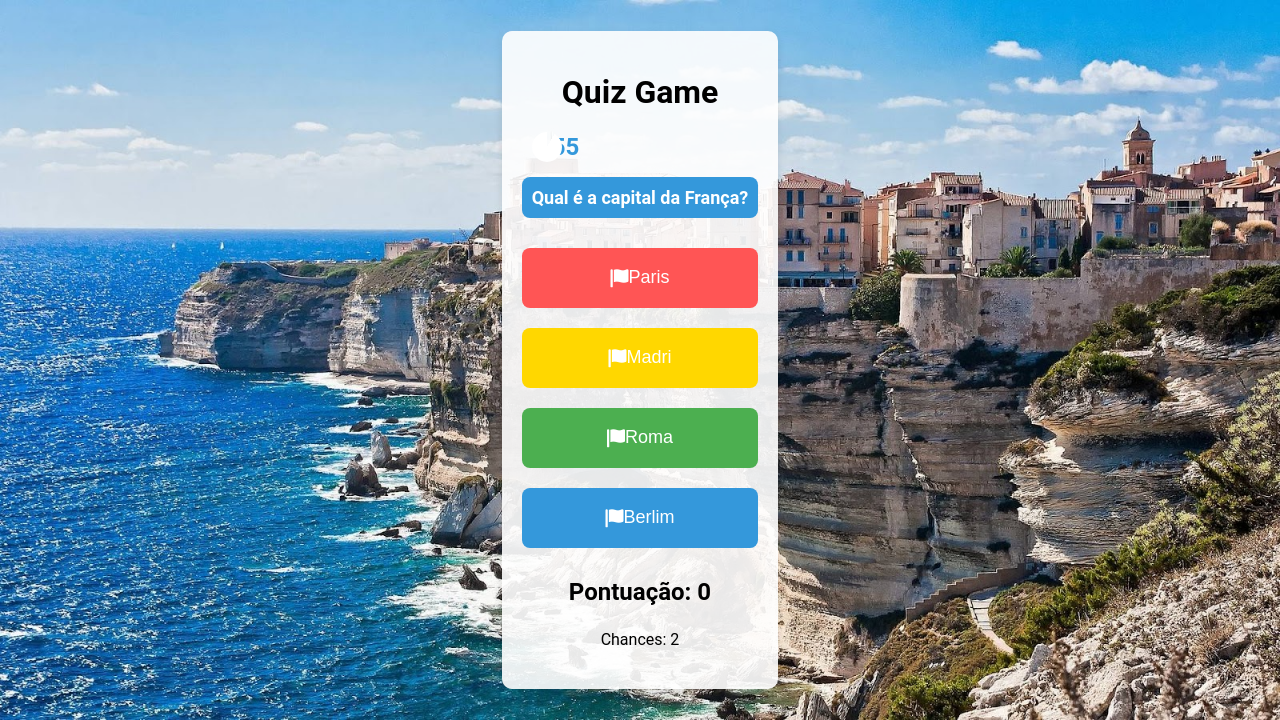
Repository: Matheus904-12/Quizz
Page: index.html
These files come from the project's save history. The page is drawn as it stood at one moment and after the next save; the edit follows.
The browser window is 1280 px wide. The pictures show the whole page.

Above is the page before, as saved 2023-08-21 19:36:39.

After the next save:
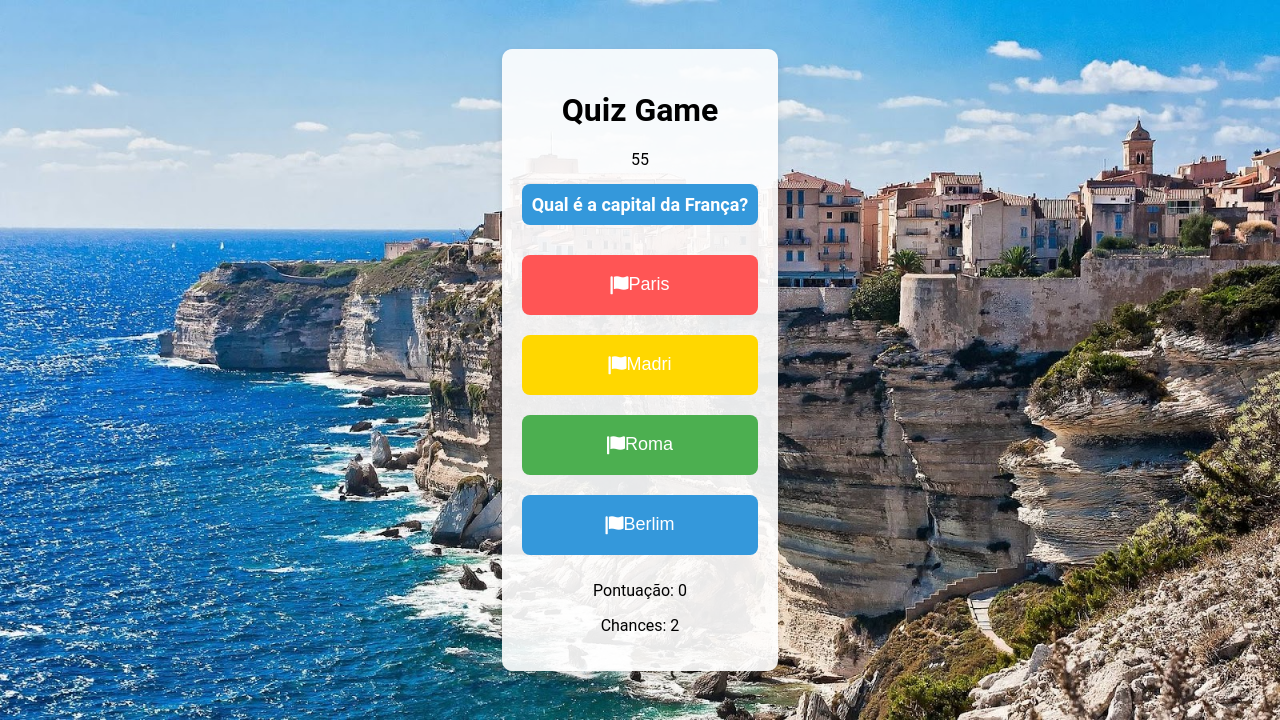
Saved 3 min 23 s later.
--- a/style.css
+++ b/style.css
@@ -12,7 +12,7 @@ body {
 }
 
 .quiz-container {
-    max-width: 600px;
+    max-width: 400px; /* Reduzindo a largura da caixa de pergunta */
     padding: 20px;
     background-color: rgba(255, 255, 255, 0.9);
     border-radius: 10px;
@@ -21,16 +21,16 @@ body {
 }
 
 .question {
-    font-size: 18px; /* Reduzindo o tamanho da fonte */
+    font-size: 18px;
     margin-bottom: 20px;
-    padding: 10px; /* Diminuindo o tamanho da caixa de pergunta */
+    padding: 10px;
     border-radius: 8px;
-    background-color: #3498DB; /* Cor de fundo para caixas de pergunta */
-    color: #fff; /* Cor do texto para caixas de pergunta */
+    background-color: #3498DB;
+    color: #fff;
 }
 
 .options-container {
-    display: flex;
+    display: flex; /* Display flex para alinhar os botões lado a lado */
     flex-direction: column;
     align-items: center;
 }
@@ -40,7 +40,7 @@ body {
     align-items: center;
     justify-content: center;
     width: 100%;
-    height: 60px; /* Reduzindo a altura dos botões das alternativas */
+    height: 60px;
     margin: 10px 0;
     cursor: pointer;
     border-radius: 8px;
@@ -49,40 +49,3 @@ body {
     color: #fff;
     border: none;
 }
-
-/* Estilize a barra de progresso e o relógio */
-.timer-circle {
-    width: 30px;
-    height: 30px;
-    background: conic-gradient(transparent 0deg, #3498DB 0deg); /* Cor azul para a bolinha */
-    border-radius: 50%;
-    position: relative;
-    left: 10px; /* Posição ajustada para o relógio ao lado da bolinha */
-    transform-origin: center;
-    transition: background-color 0.3s; /* Transição de cor para o relógio */
-}
-
-/* Estilos para pontuação e chances */
-.score {
-    font-size: 24px;
-    font-weight: bold;
-    margin-top: 20px;
-}
-
-/* Estilos para o resultado */
-#result {
-    font-size: 18px;
-    margin-top: 20px;
-    color: #FF5555;
-}
-
-/* Estilos para o temporizador */
-.timer {
-    display: flex;
-    align-items: center;
-    margin-top: 20px;
-    position: relative;
-    font-size: 24px;
-    font-weight: bold;
-    color: #3498DB; /* Cor do texto para o relógio */
-}
